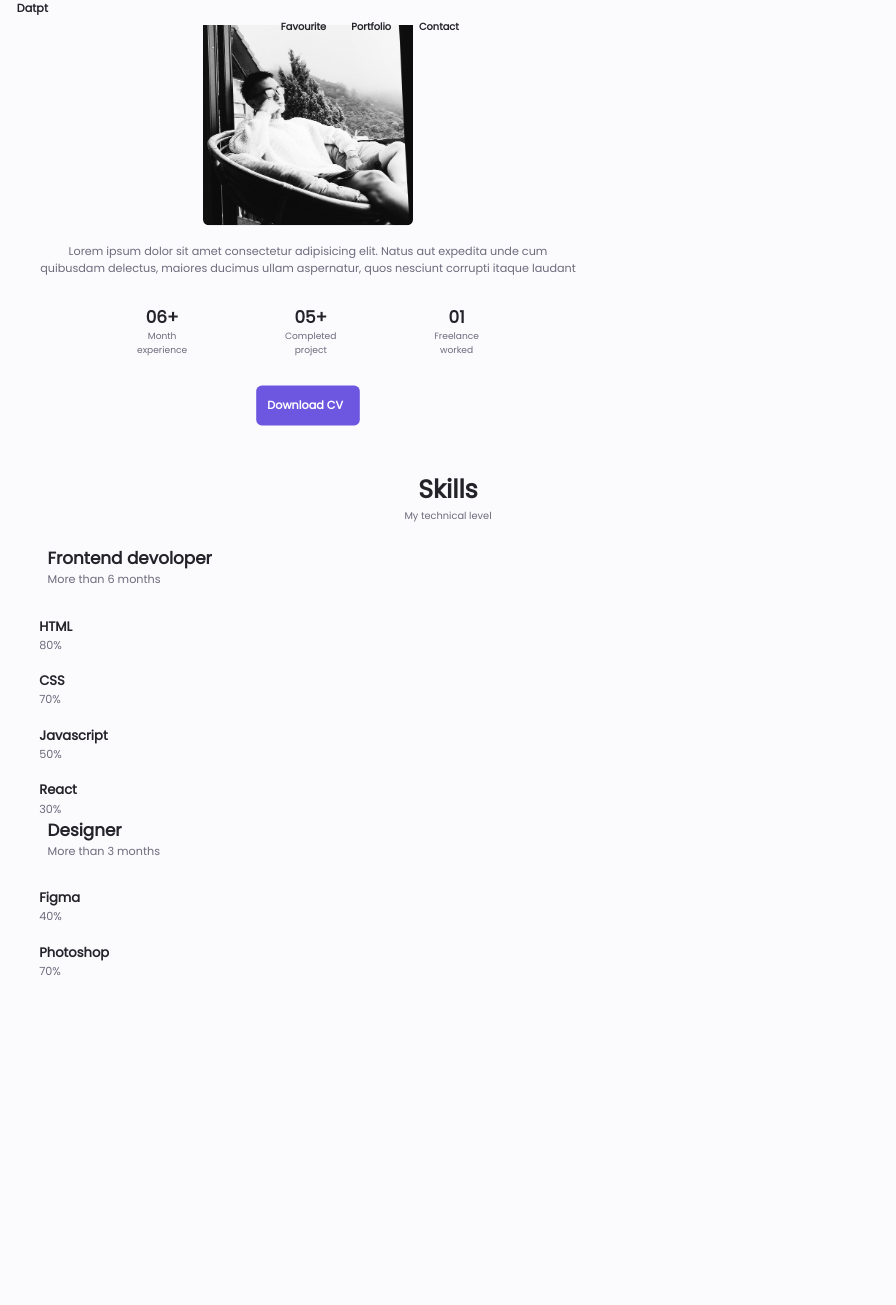
Repository: Datt21/portfolio
Page: index.html
The author's editor kept a copy of each file at every save. The page is drawn from the files as they stood at one save, then again after the next save.
The browser window is 1280 px wide. The pictures show the part of the page from y = 684 to 2604 px (the page is 2548 px tall before and 2604 px after), at 70% of full size.
Some icons come from a web library that is not loaded, so they are not drawn.

Above is the page before, as saved 2021-07-10 17:13:07.

After the next save:
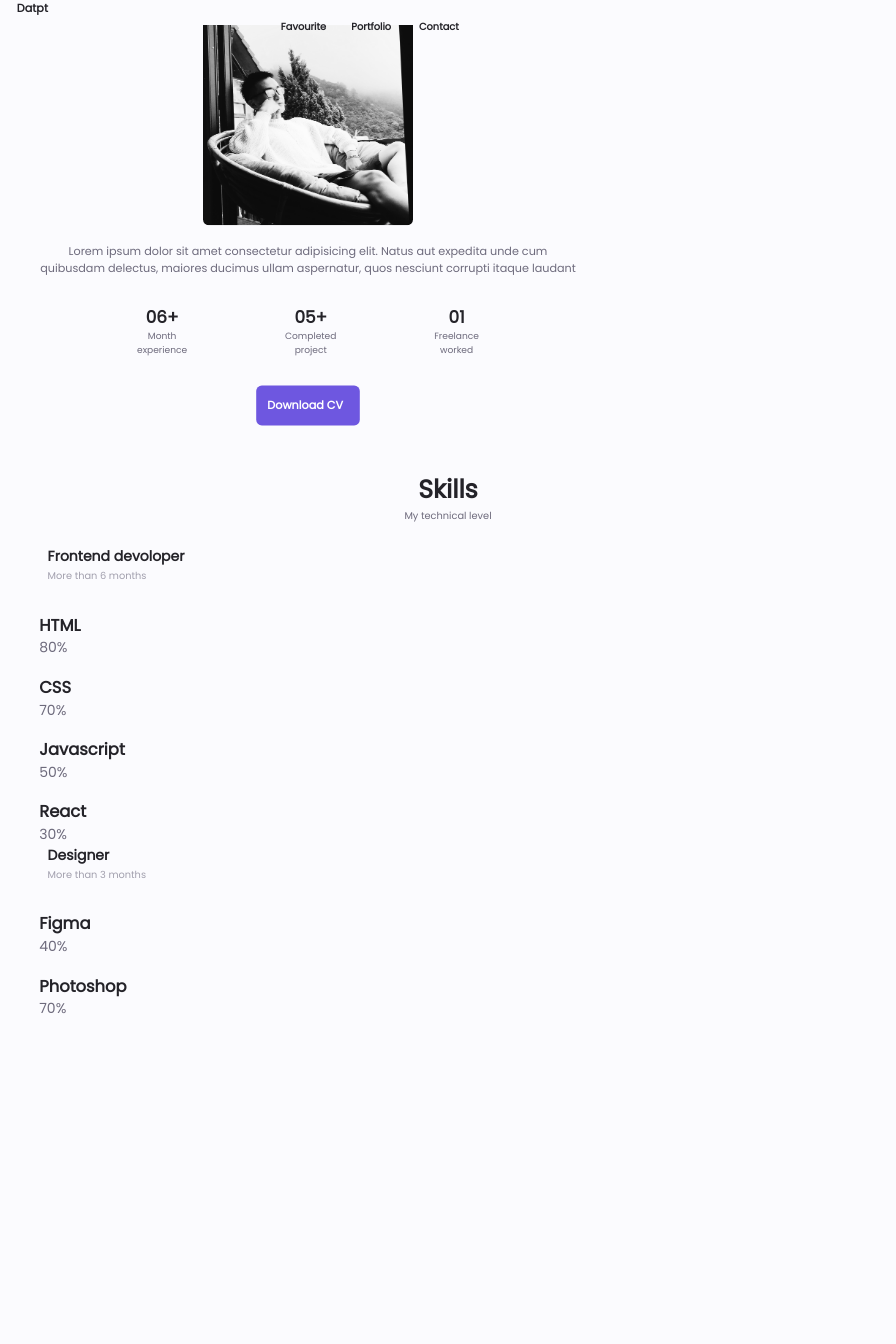
Saved 72 s later.
--- a/Css/style.css
+++ b/Css/style.css
@@ -399,6 +399,15 @@ img{
 .skills__icon{
     margin-right: var(--mb-0-75);
 }
+
+.skills__title{
+    font-size: var(--h3-font-size);
+}
+
+.skills__subtitle{
+    font-size: var(--small-font-size);
+    color: var(--text-color-light);
+}
 /*==================== QUALIFICATION ====================*/
 
 
